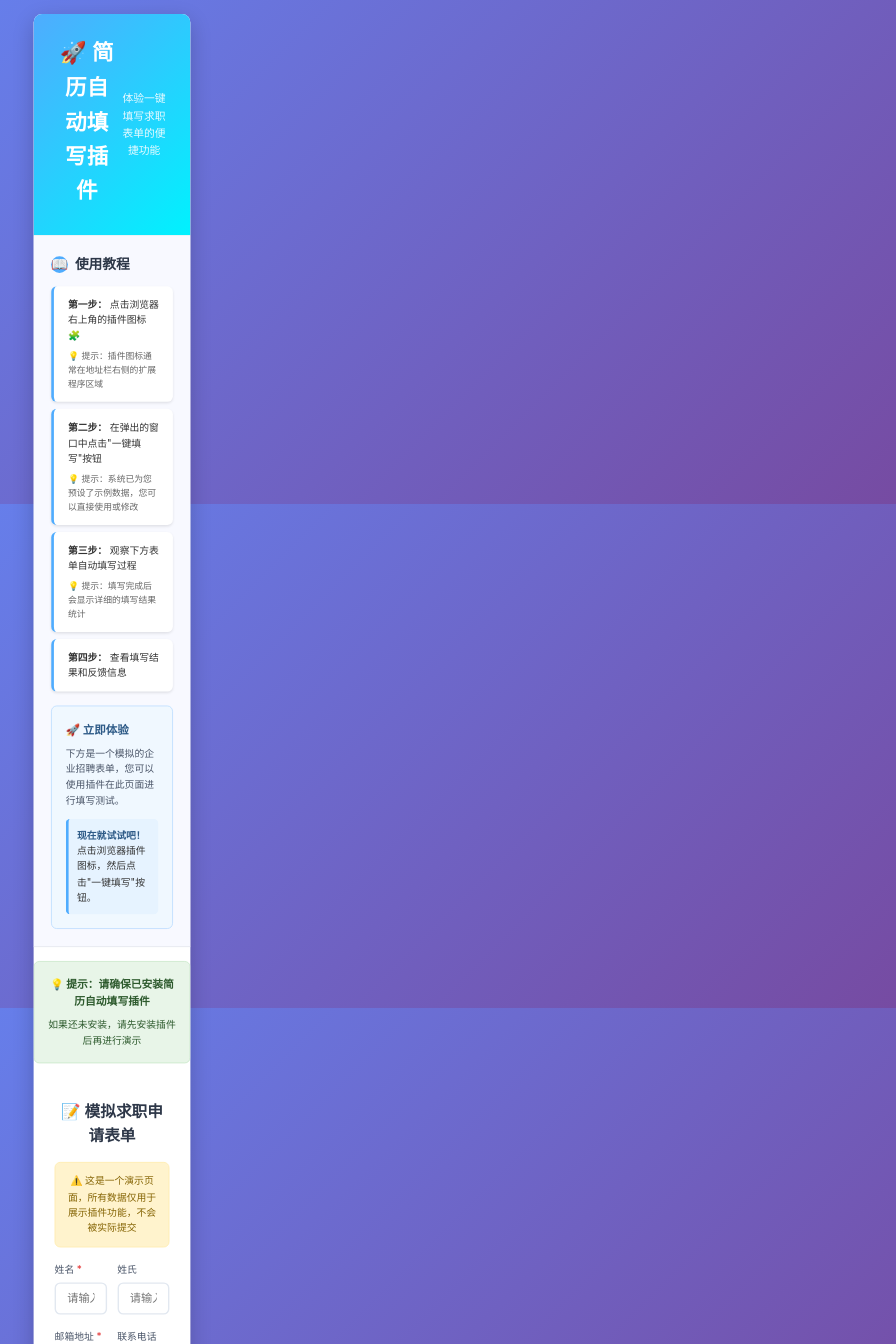
Repository: Zion74/jiancareer-chrome-main-zhn
Page: public/mock-form.html
These files come from the project's save history. The page is drawn as it stood at one moment and after a run of saves; the edit follows.
The browser window is 1280 px wide. The pictures show the part of the page from y = 0 to 1920 px (the page is 2701 px tall before and 2501 px after), at 70% of full size.

Above is the page before, as saved 2025-09-09 21:30:16.

After the next 2 saves:
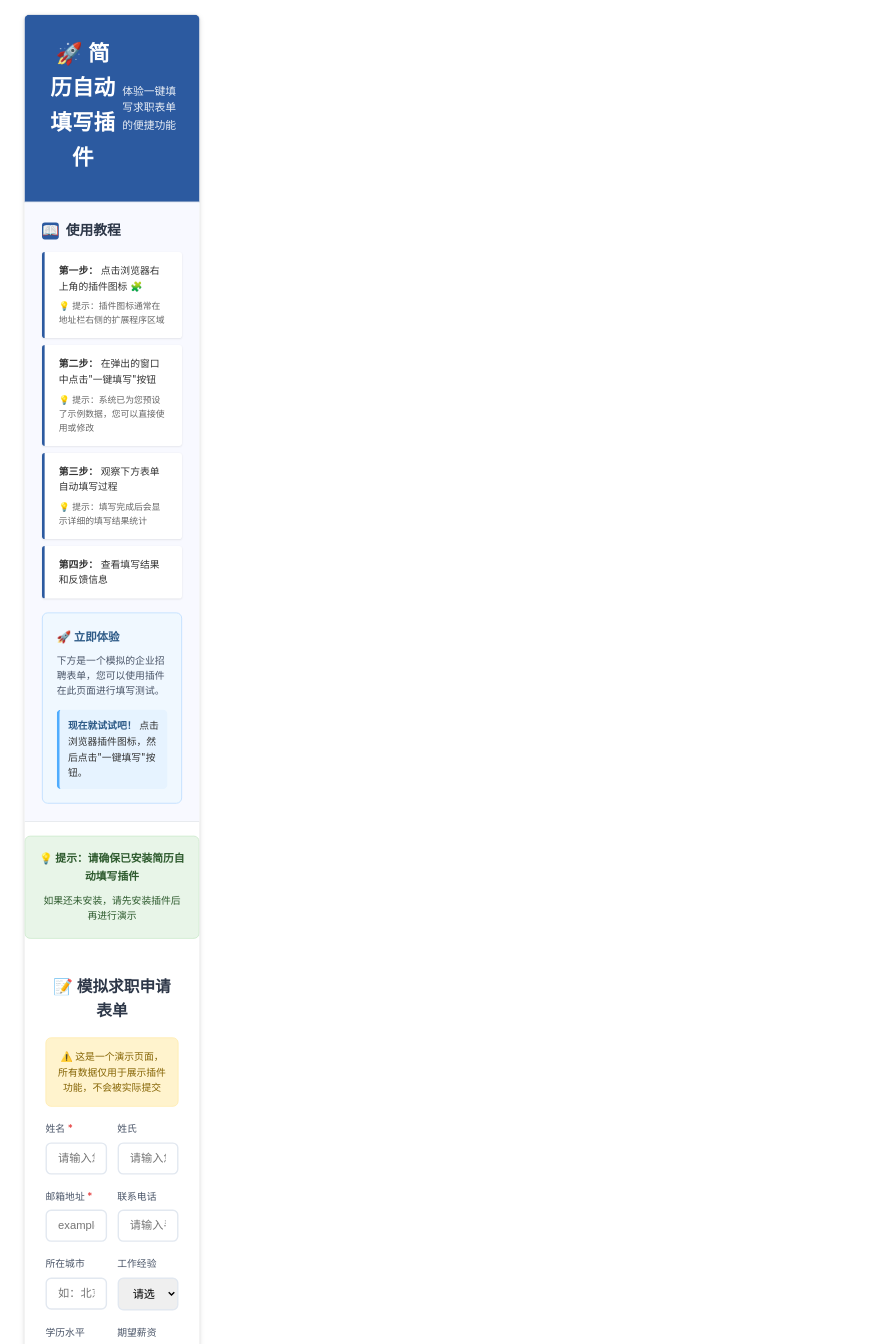
The 2 saves are shown as one change because they came seconds apart.
The last was saved 15 min 23 s later.
--- a/public/mock-form.html
+++ b/public/mock-form.html
@@ -11,21 +11,22 @@
             line-height: 1.6;
             margin: 0;
             padding: 20px;
-            background: linear-gradient(135deg, #667eea 0%, #764ba2 100%);
+            background: #ffffff;
             min-height: 100vh;
         }
 
         .container {
-            max-width: 80%;
+            max-width: 90%;
             margin: 0 auto;
             background: white;
-            border-radius: 12px;
-            box-shadow: 0 10px 30px rgba(0,0,0,0.2);
+            border-radius: 8px;
+            box-shadow: 0 2px 8px rgba(0,0,0,0.1);
+            border: 1px solid #e5e5e5;
             overflow: hidden;
         }
 
         .header {
-            background: linear-gradient(135deg, #4facfe 0%, #00f2fe 100%);
+            background: #2c5aa0;
             color: white;
             padding: 30px;
             text-align: center;
@@ -62,8 +63,8 @@
             width: 24px;
             height: 24px;
             margin-right: 10px;
-            background: #4facfe;
-            border-radius: 50%;
+            background: #2c5aa0;
+            border-radius: 4px;
             display: flex;
             align-items: center;
             justify-content: center;
@@ -81,9 +82,9 @@
             background: white;
             margin: 10px 0;
             padding: 15px 20px;
-            border-radius: 8px;
-            border-left: 4px solid #4facfe;
-            box-shadow: 0 2px 4px rgba(0,0,0,0.1);
+            border-radius: 4px;
+            border-left: 4px solid #2c5aa0;
+            box-shadow: 0 1px 3px rgba(0,0,0,0.1);
         }
 
         .form-section {
@@ -142,8 +143,8 @@
         select:focus,
         textarea:focus {
             outline: none;
-            border-color: #4facfe;
-            box-shadow: 0 0 0 3px rgba(79, 172, 254, 0.1);
+            border-color: #2c5aa0;
+            box-shadow: 0 0 0 2px rgba(44, 90, 160, 0.1);
         }
 
         select {
@@ -173,21 +174,19 @@
         }
 
         .btn {
-            background: linear-gradient(135deg, #4facfe 0%, #00f2fe 100%);
+            background: #2c5aa0;
             color: white;
             border: none;
             padding: 15px 40px;
-            border-radius: 8px;
+            border-radius: 4px;
             font-size: 16px;
             font-weight: 600;
             cursor: pointer;
             transition: all 0.3s ease;
-            box-shadow: 0 4px 15px rgba(79, 172, 254, 0.3);
         }
 
         .btn:hover {
-            transform: translateY(-2px);
-            box-shadow: 0 6px 20px rgba(79, 172, 254, 0.4);
+            background: #1e3d6f;
         }
 
         .demo-notice {
